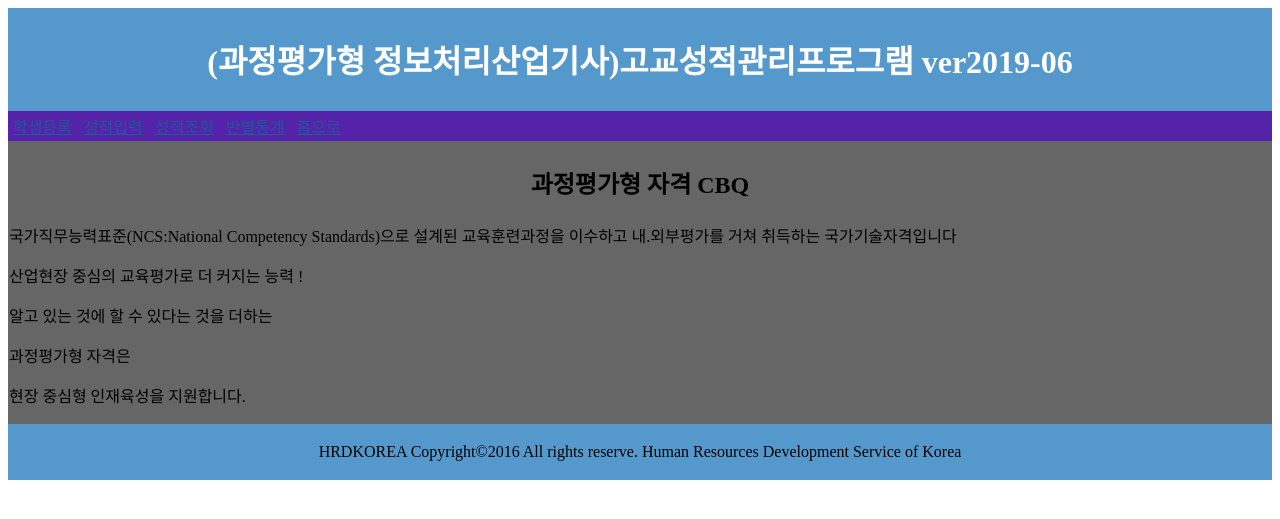
Repository: bolbbal/jdbc
Page: http://localhost/cbq_99/
These files come from the project's save history. The page is drawn as it stood at one moment and after the next save; the edit follows.
The browser window is 1280 px wide. The pictures show the whole page.
The page is served by Tomcat 9. Other server files are loaded and not shown.

Above is the page before, as saved 2024-08-26 05:32:33.

### javastudy18/jspStudy/cbq_99/cbq_99/WebContent/index.jsp
<%@ page language="java" contentType="text/html; charset=UTF-8"
	pageEncoding="UTF-8"%>
<%@ page import="Model.*"%>
<%@ page import="java.sql.*"%>
<%@ page import="java.util.*"%>
<%@ page import="java.text.*"%>
<!DOCTYPE html>
<html>
<head>
<meta charset="UTF-8">
<title>고교성적관리</title>
<style>
header {
	background: #59c;
	padding: 1px;
}

h1 {
	color: #fff;
	text-align: center;
	padding: 6px
}

nav {
	background: #52A;
	padding: 1px
}

a {
	text_decoration: none;
	color: #259;
	display: inline-block;
	padding: 2px 4px;
}

section {
	padding: 1px;
	background: #666;
}

h2 {
	text-align: center;
	padding: 3px;
}

footer {
	background: #59c;
	padding: 1px;
}
footer p {
	text-align:center;
	padding:2px;
}
</style>
</head>
<body>
	<header>
		<h1>(과정평가형 정보처리산업기사)고교성적관리프로그램 ver2019-06</h1>
	</header>
	<nav>
		<a href="sub1.jsp">학생등록</a> <a href="sub2.jsp">성적입력</a> <a
			href="sub3.jsp">성적조회</a> <a href="sub4.jsp">반별통계</a> <a
			href="index.jsp">홈으로</a>
	</nav>
	<section>
		<h2>과정평가형 자격 CBQ</h2>
		<p>국가직무능력표준(NCS:National Competency Standards)으로 설계된 교육훈련과정을 이수하고
			내.외부평가를 거쳐 취득하는 국가기술자격입니다</p>
		<p>산업현장 중심의 교육평가로 더 커지는 능력 !</p>
		<p>알고 있는 것에 할 수 있다는 것을 더하는</p>
		<p>과정평가형 자격은</p>
		<p>현장 중심형 인재육성을 지원합니다.</p>
	</section>
	<footer>
		<p>HRDKOREA Copyright&copy;2016 All rights reserve. Human
			Resources Development Service of Korea</p>
	</footer>
</body>
</html>

After the next save:
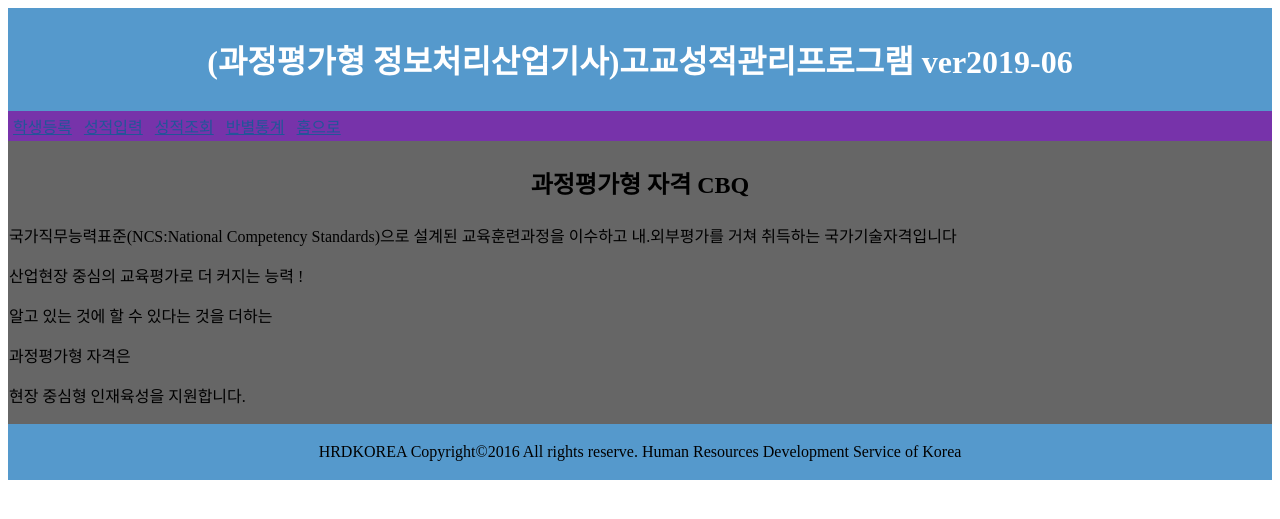
Saved 34 s later.
--- a/javastudy18/jspStudy/cbq_99/cbq_99/WebContent/index.jsp
+++ b/javastudy18/jspStudy/cbq_99/cbq_99/WebContent/index.jsp
@@ -22,7 +22,7 @@ h1 {
 }
 
 nav {
-	background: #52A;
+	background: #73A;
 	padding: 1px
 }
 
